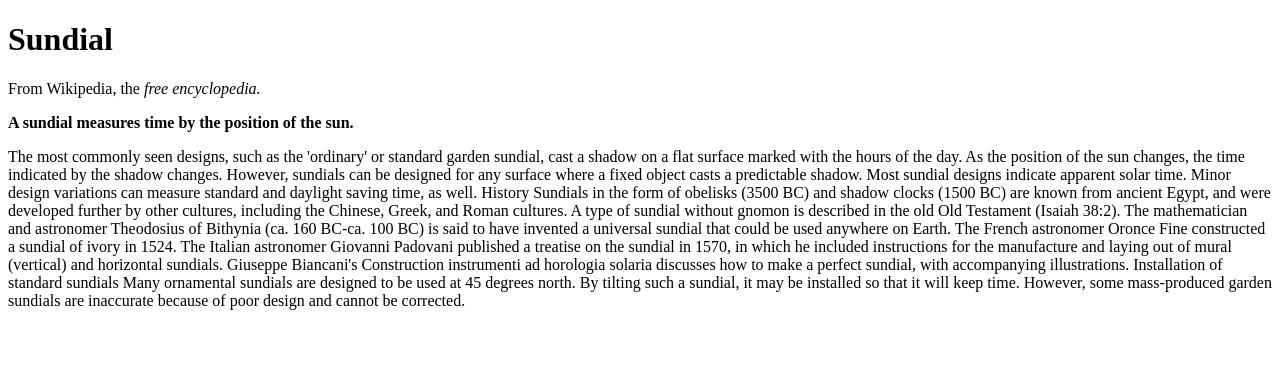
Repository: 9-5-pursuit/lab-intro-to-html
Page: sundial.html
An editor plug-in stored every save of this project. The page is shown before and after a run of saves, followed by the edit.
The browser window is 1280 px wide. The pictures show the whole page.

Above is the page before, as saved 2023-02-27 16:28:16.

After the next 2 saves:
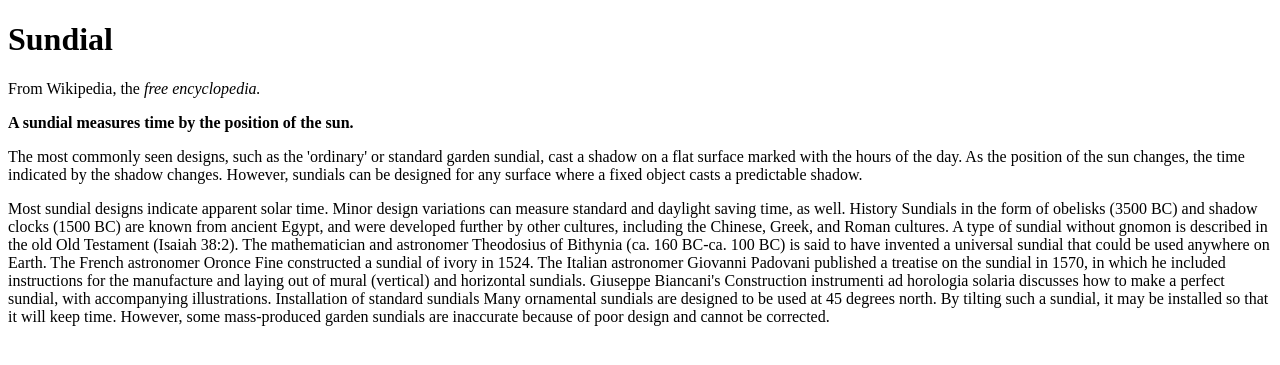
The 2 saves are shown as one change because they came seconds apart.
The last was saved 13 s later.
--- a/sundial.html
+++ b/sundial.html
@@ -16,7 +16,8 @@
     <p>The most commonly seen designs, such as the 'ordinary' or standard garden
     sundial, cast a shadow on a flat surface marked with the hours of the day.
     As the position of the sun changes, the time indicated by the shadow changes. However, sundials can be designed for any surface where a fixed
-    object casts a predictable shadow. Most sundial designs indicate apparent
+    object casts a predictable shadow.
+    </p> Most sundial designs indicate apparent
     solar time. Minor design variations can measure standard and daylight saving
     time, as well. History Sundials in the form of obelisks (3500 BC) and shadow
     clocks (1500 BC) are known from ancient Egypt, and were developed further by
